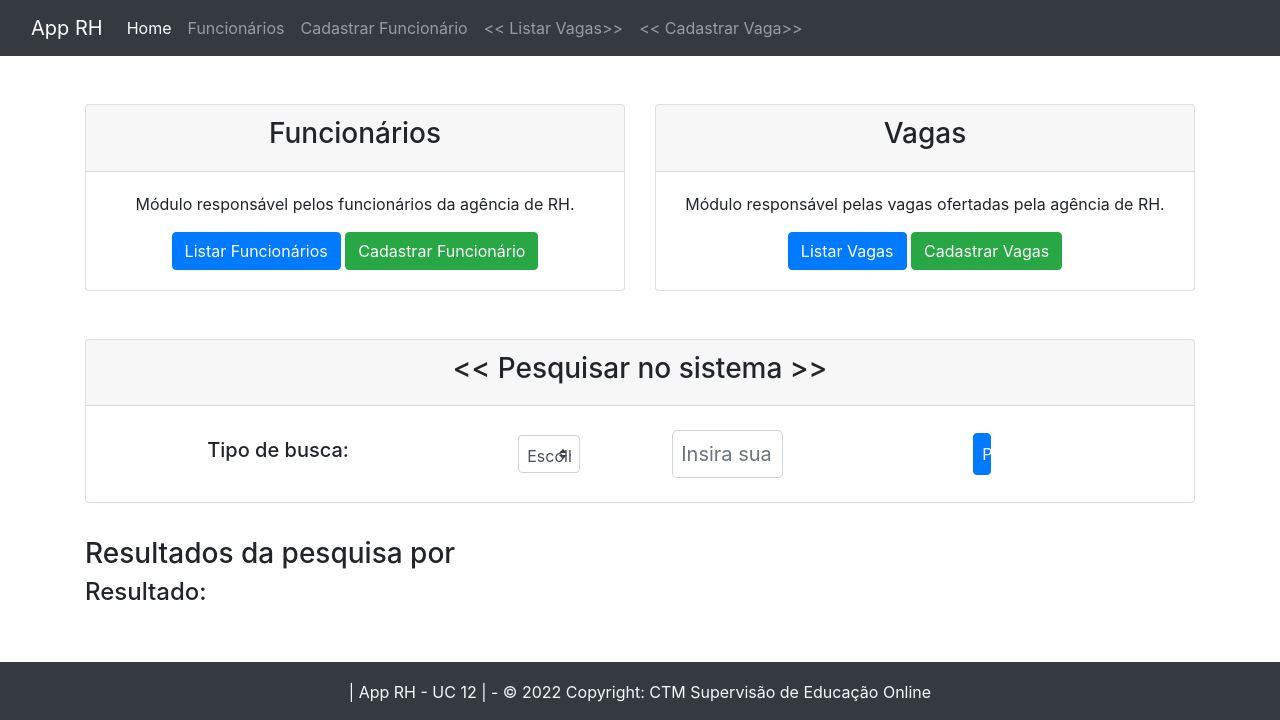
Repository: FilosoDev/SPRING-BOOT-testes
Page: http://localhost/index
An editor plug-in stored every save of this project. The page is shown before and after the next save, followed by the edit.
The browser window is 1280 px wide. The pictures show the whole page.
The page is this project's Thymeleaf template; nobody is signed in. The template is opened directly, without the code that normally fills it, so the values that code supplies are empty.

Above is the page before, as saved 2021-11-23 17:26:50.
Console error: TypeError: Cannot read properties of undefined (reading 'fn')

After the next save:
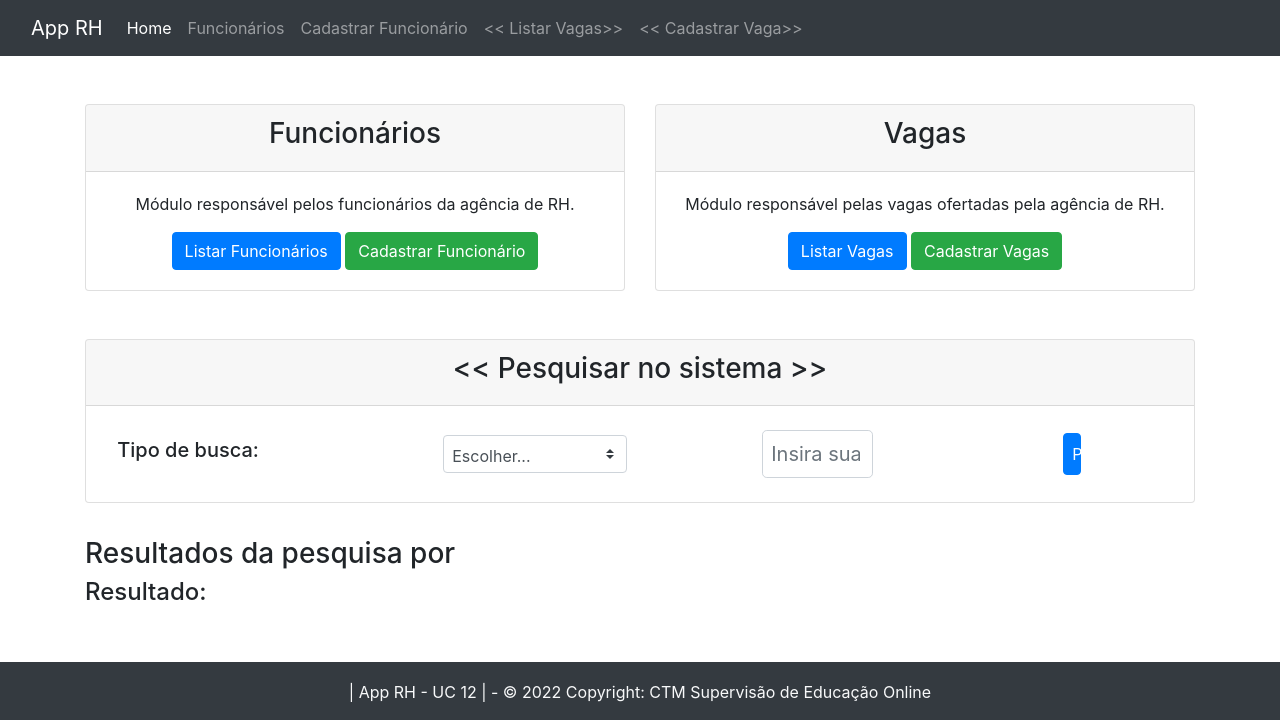
Saved 17 s later.
--- a/AppRH/AppRH/src/main/resources/templates/index.html
+++ b/AppRH/AppRH/src/main/resources/templates/index.html
@@ -104,15 +104,15 @@
 						<div class="row form-group justify-content-center w-100 p-2">
 
 
-							<div class="row  col-8 col-md-4">
+							<div class="row col-8 col-md-4">
 
 								<label for="cars" class="my-3 p-2"><h5>Tipo de
 										busca:</h5></label>
 							</div>
-							<div class="row">
-
-
-								<select name="busca" id="busca" class="custom-select my-3 p-2 col-8 col-md-4">
+							<div class="row col-8 col-md-4">
+
+
+								<select name="busca" id="busca" class="custom-select my-3 p-2">
 									<option selected>Escolher...</option>
 									<option value="nomefuncionario">Nome do Funcionário</option>
 									<option value="nomedependente">Nome do Dependente</option>
